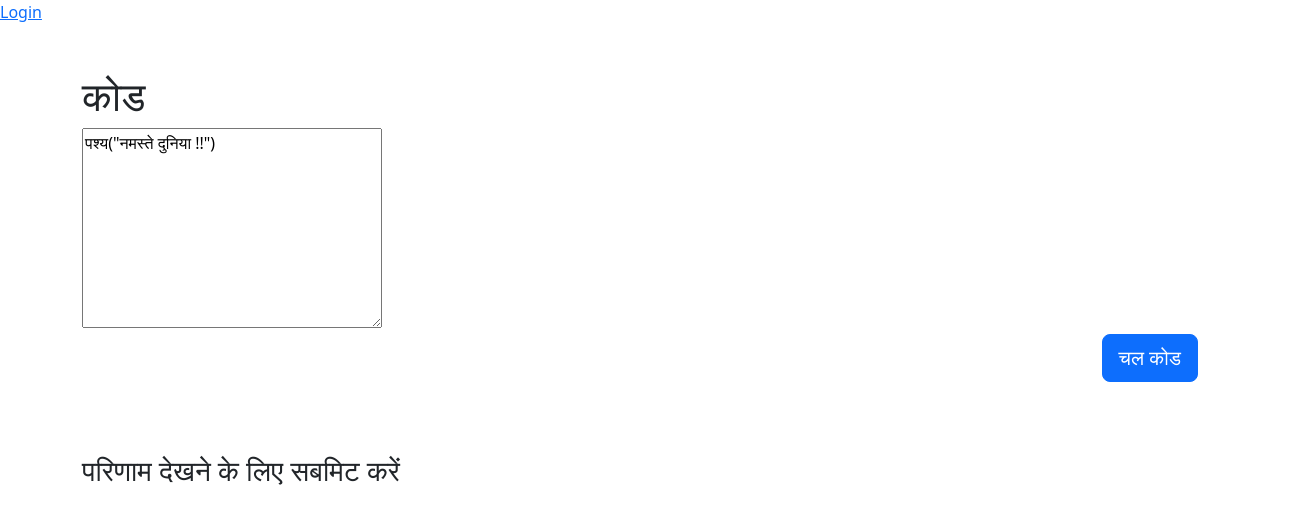
Repository: Vivek3072/webapp_shuniya_code.com
Page: /
An editor plug-in stored every save of this project. The page is shown before and after the next save, followed by the edit.
The browser window is 1280 px wide. The page is 1280 px wide, then 1292 px, so the pictures cover 1292 px, including what lies to the right of the window. The pictures show the whole page.
The project was rebuilt for these pictures with package versions that can differ from the ones it lists, and the page was loaded fresh each time. Also part of the build but not shown: src/components/Login.js, src/components/Singup.js, src/home/index.css. Imported but missing from the stored project, and not drawn on this page: src/axiosApi.

Above is the page before, as saved 2021-02-27 21:59:09.

After the next save:
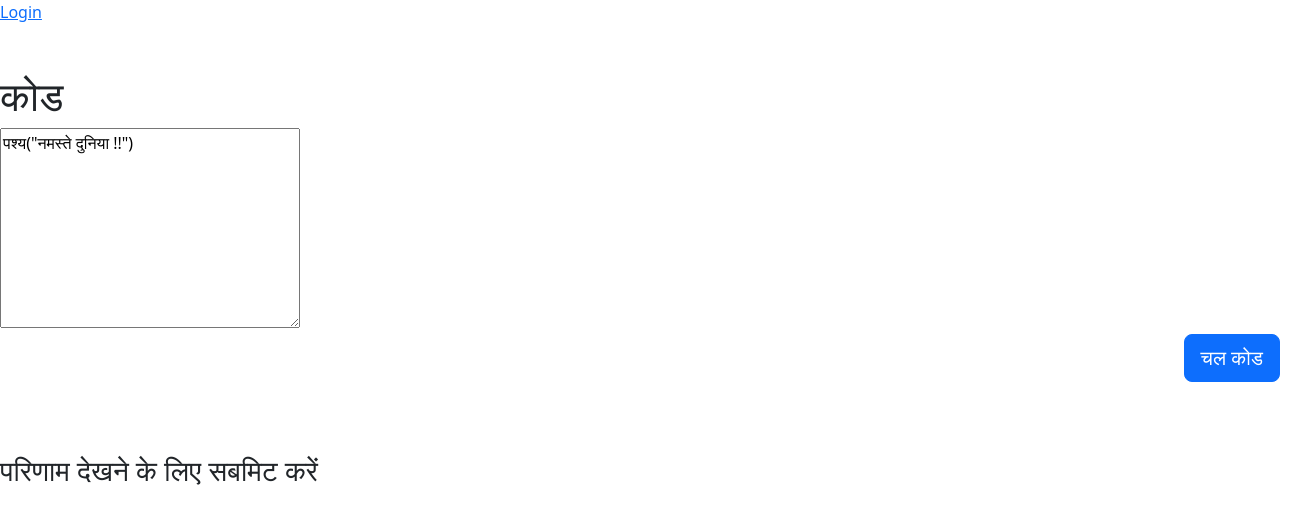
Saved 29 s later.
--- a/src/home/index.js
+++ b/src/home/index.js
@@ -47,7 +47,6 @@ export default class home extends Component {
       <div>
         <br></br>
         <br></br>
-        <div className="container">
           <div className="row">
             <div className="col-sm-12 col-md-12 col-lg-12">
               <h1>कोड</h1>
@@ -93,7 +92,7 @@ export default class home extends Component {
             </div>
           </div>
         </div>
-      </div>
+
     );
   }
 }
